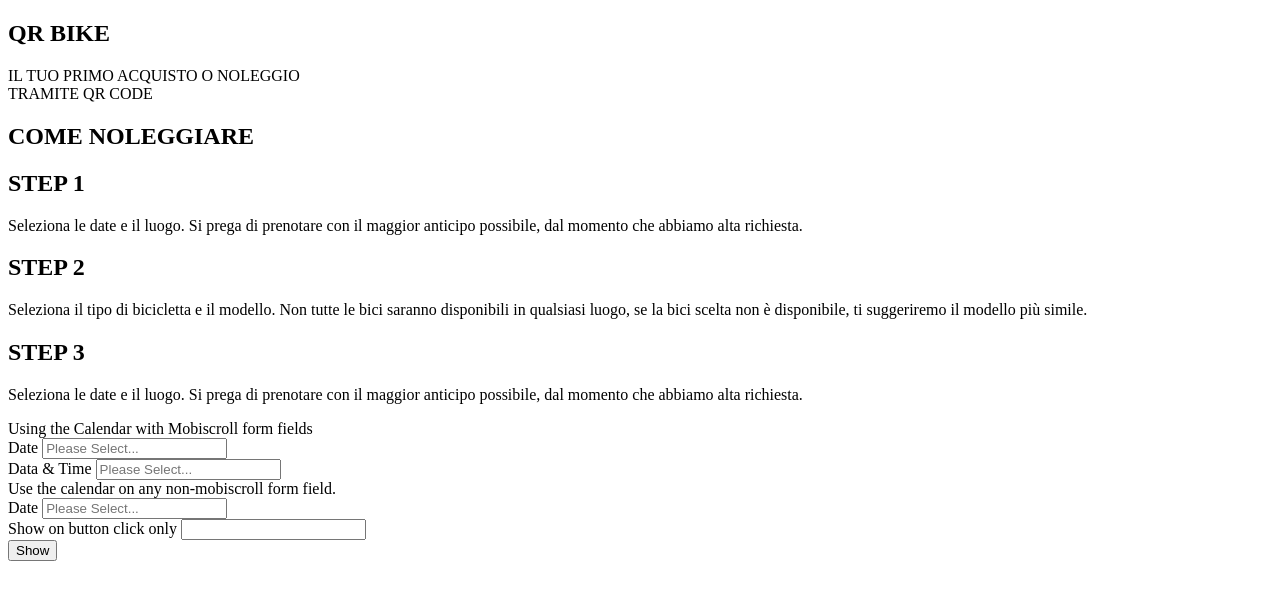
Repository: andrealepori/qrbike
Page: noleggio.html
The author's editor kept a copy of each file at every save. The page is drawn from the files as they stood at one save, then again after the next save.
The browser window is 1280 px wide. The pictures show the whole page.

Above is the page before, as saved 2020-09-18 09:28:29.

After the next save:
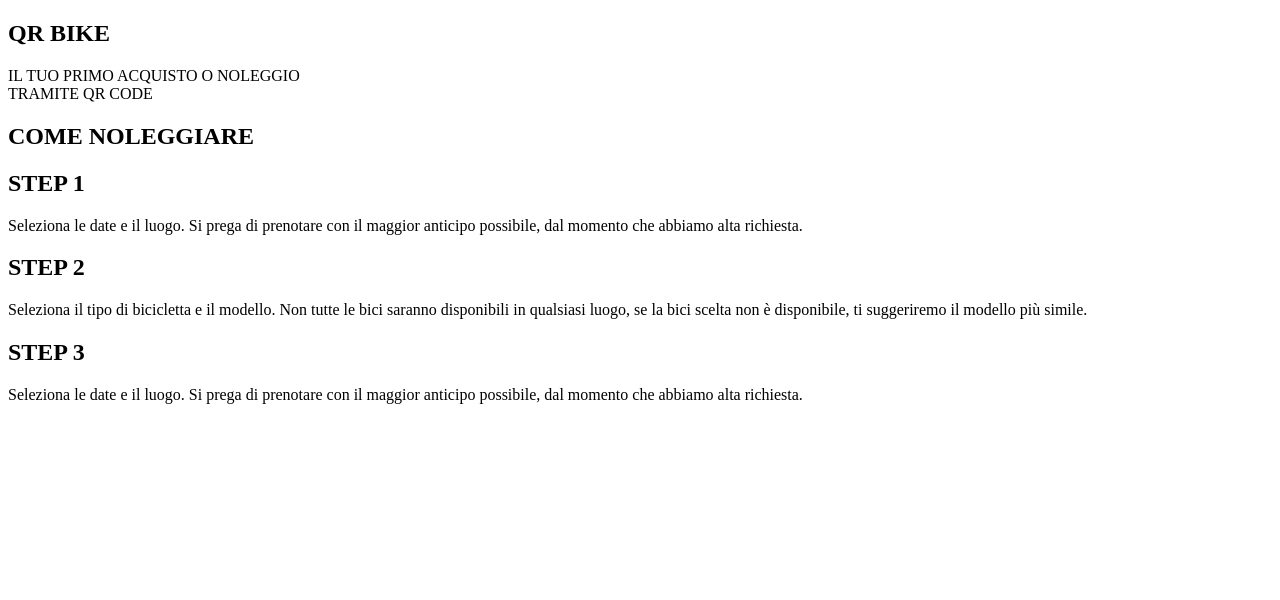
Saved 3 s later.
--- a/noleggio.html
+++ b/noleggio.html
@@ -84,47 +84,7 @@
 
     </div>
 
-    <div mbsc-form class="mbsc-form-box">
-      <div class="mbsc-grid mbsc-form-grid">
-          <div class="mbsc-form-group">
-              <div class="mbsc-form-group-title">Using the Calendar with Mobiscroll form fields</div>
-              <div class="mbsc-row">
-                  <div class="mbsc-col-sm-12 mbsc-col-md-6">
-                      <label>
-                          Date
-                          <input mbsc-input data-input-style="box" id="demo-app-date" placeholder="Please Select..." />
-                      </label>
-                  </div>
-                  <div class="mbsc-col-sm-12 mbsc-col-md-6">
-                      <label>
-                          Data & Time
-                          <input mbsc-input data-input-style="box" id="demo-app-date-time" placeholder="Please Select..." />
-                      </label>
-                  </div>
-              </div>
-          </div>
-      </div>
-  </div>
-  <div class="mbsc-note mbsc-note-primary mbsc-align-center">Use the calendar on any non-mobiscroll form field.</div>
-  <div class="mbsc-grid">
-      <div class="mbsc-row">
-          <div class="mbsc-col-sm-12 mbsc-col-md-6">
-              <label for="demo-app-date-non-form">Date</label>
-              <input id="demo-app-date-non-form" class="demo-non-form" placeholder="Please Select..." />
-          </div>
-          <div class="mbsc-col-sm-12 mbsc-col-md-6">
-              <div class="mbsc-row mbsc-align-items-end">
-                  <div class="mbsc-col-9">
-                      <label for="demo-app-date-external">Show on button click only</label>
-                      <input id="demo-app-date-external" class="demo-non-form" />
-                  </div>
-                  <div class="mbsc-col-3 external-container">
-                      <button id="show-demo-app-date-external" class="external-button demo-button">Show</button>
-                  </div>
-              </div>
-          </div>
-      </div>
-  </div>
+
 
 
 
